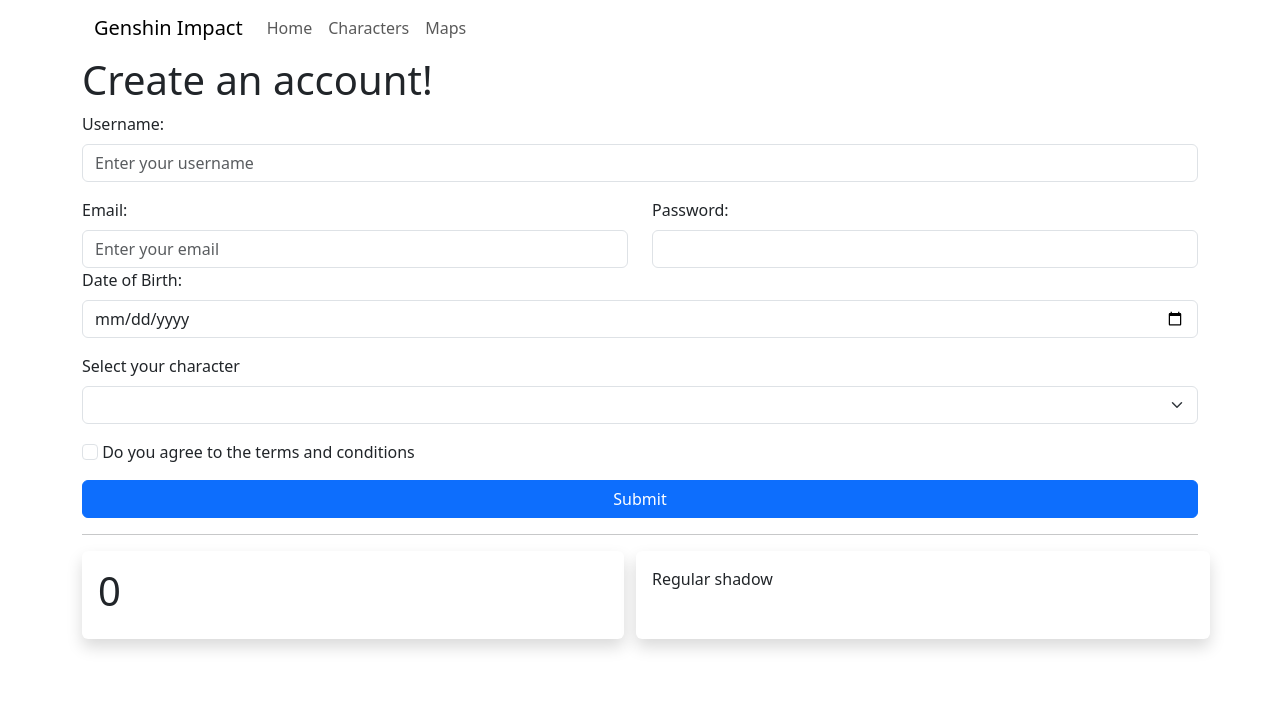
Repository: pendragons-code/BootStrap-Lesson
Page: static/html/genshin_account.html
An editor plug-in stored every save of this project. The page is shown before and after the next save, followed by the edit.
The browser window is 1280 px wide. The pictures show the whole page.
The page's requests for data from a server got no answer.

Above is the page before, as saved 2024-07-22 12:59:00.

### static/html/genshin_account.html
<!DOCTYPE html>
<html lang="en">

<head>
	<meta charset="UTF-8">
	<meta name="viewport" content="width=device-width, initial-scale=1.0">
	<link href="https://cdn.jsdelivr.net/npm/bootstrap@5.3.3/dist/css/bootstrap.min.css" rel="stylesheet"
		integrity="sha384-QWTKZyjpPEjISv5WaRU9OFeRpok6YctnYmDr5pNlyT2bRjXh0JMhjY6hW+ALEwIH" crossorigin="anonymous">
	<script src="https://cdn.jsdelivr.net/npm/bootstrap@5.3.3/dist/js/bootstrap.bundle.min.js"
		integrity="sha384-YvpcrYf0tY3lHB60NNkmXc5s9fDVZLESaAA55NDzOxhy9GkcIdslK1eN7N6jIeHz"
		crossorigin="anonymous"></script>
	<script src="/js/genshin_users.js" defer></script>
	<script src="/js/genshin_form.js" defer></script>
	<title>Document</title>
</head>

<body>
	<div class="container">
		<nav class="navbar navbar-expand-sm bg-body-primary">
			<div class="container-fluid">
				<a class="navbar-brand" href="#">Genshin Impact</a>
				<button class="navbar-toggler" type="button" data-bs-toggle="collapse" data-bs-target="#navbarNav"
					aria-controls="navbarNav" aria-expanded="false" aria-label class="form-label"="Toggle navigation">
					<span class="navbar-toggler-icon"></span>
				</button>
				<div class="collapse navbar-collapse" id="navbarNav">
					<ul class="navbar-nav">
						<li class="nav-item">
							<a class="nav-link" href="#">Home</a>
						</li>
						<li class="nav-item">
							<a class="nav-link" href="#">Characters</a>
						</li>
						<li class="nav-item">
							<a class="nav-link" href="#">Maps</a>
						</li>
					</ul>
				</div>
			</div>
		</nav>
	</div>

	<form action="#" method="POST" class="container needs-validation" novalidate>
		<h1 class="display1">Create an account!</h1>
		<div class="row">
			<div class="col mb-3">
				<label class="form-label" for="usernameField">Username: </label>
				<input required=true class="form-control" type="text" id="usernameField"
					placeholder="Enter your username" name="username">
				<div class="invalid-feedback">Please provide valid username</div>
			</div>
		</div>

		<div class="row">
			<div class="col mb-3-12 col mb-3-sm-6">
				<label class="form-label" for="emailField">Email:</label>
				<input required=true class="form-control" type="email" id="emailField" placeholder="Enter your email"
					name="email">
				<div class="invalid-feedback">Please provide valid email</div>
			</div>

			<div class="col mb-3-12 col mb-3-sm-6">
				<label class="form-label" for="passwordField">Password: </label>
				<input required=true class="form-control" type="password" id="passwordField" name="password">
				<div class="invalid-feedback">Please provide valid password</div>
			</div>
		</div>

		<div class="row">
			<div class="col mb-3">
				<label class="form-label" for="dateOfBirth">Date of Birth: </label>
				<input class="form-control" type="date" id="dateOfBirth">
			</div>
		</div>


		<div class="row">
			<div class="col mb-3">
				<label class="form-label" for="character">Select your character</label>
				<select id="character" class="form-select" required=true>
					<div class="invalid-feedback">Please select character</div>
					<option></option>
					<option>Zhongli</option>
					<option>Nahida</option>
					<option>Kokomi</option>
					<option>Raiden</option>
				</select>
			</div>
		</div>


		<div class="row">
			<div class="col mb-3">
				<input required=true class="form-check-input required=true" type="checkbox" name="terms"
					id="termsField">
				<div class="invalid-feedback">Please agree to the terms and conditions</div>
				<label class="form-check-label" for="termsField">Do you agree to the terms and conditions</label>
			</div>
		</div>
		<div class="d-grid">
			<button type="submit" class="btn btn-primary">Submit</button>
		</div>

	</form>
	<div class="container">
		<hr>
		<div class="row">
			<div class="col">
				<div class="shadow p-3 mb-5 bg-body rounded">
					<h1>0</h1>
					<div></div>
				</div>
			</div>
			<div class="col shadow p-3 mb-5 bg-body rounded">Regular shadow</div>
		</div>
	</div>
</body>

<script>
	(() => {
		'use strict'

		// Fetch all the forms we want to apply custom Bootstrap validation styles to
		var forms = document.querySelectorAll('.needs-validation')
		// Loop over them and prevent submission
		Array.prototype.slice.call(forms)
			.forEach(function (form) {
				form.addEventListener('submit', event => {
					if (!form.checkValidity()) {
						event.preventDefault()
						event.stopPropagation()
					}
					form.classList.add('was-validated')
				}, false)
			})
	})()</script>

</html>

### static/js/genshin_users.js
"use strict";

let users = [
	{
		username: "johndoe",
		character: "Nahida",
		dateJoined: "2024-01-01"
	},
	{
		username: "heehee",
		character: "Zhongli",
		dateJoined: "2024-01-01"
	},
	{
		username: "haaahaaa",
		character: "Kokomi",
		dateJoined: "2024-01-01"
	},
	{
		username: "hehehaha",
		character: "Nahida",
		dateJoined: "2024-01-01"
	},
	{
		username: "hahahehe",
		character: "Nahida",
		dateJoined: "2024-01-01"
	},
	{
		username: "weeeee",
		character: "Nahida",
		dateJoined: "2024-01-01"
	},
];

### static/js/genshin_form.js
"use strict";

console.log(users);

async function fetchSite() {
	let main = await fetch("https://www.sp.edu.sg/");
	console.log(main);
}

fetchSite()

After the next save:
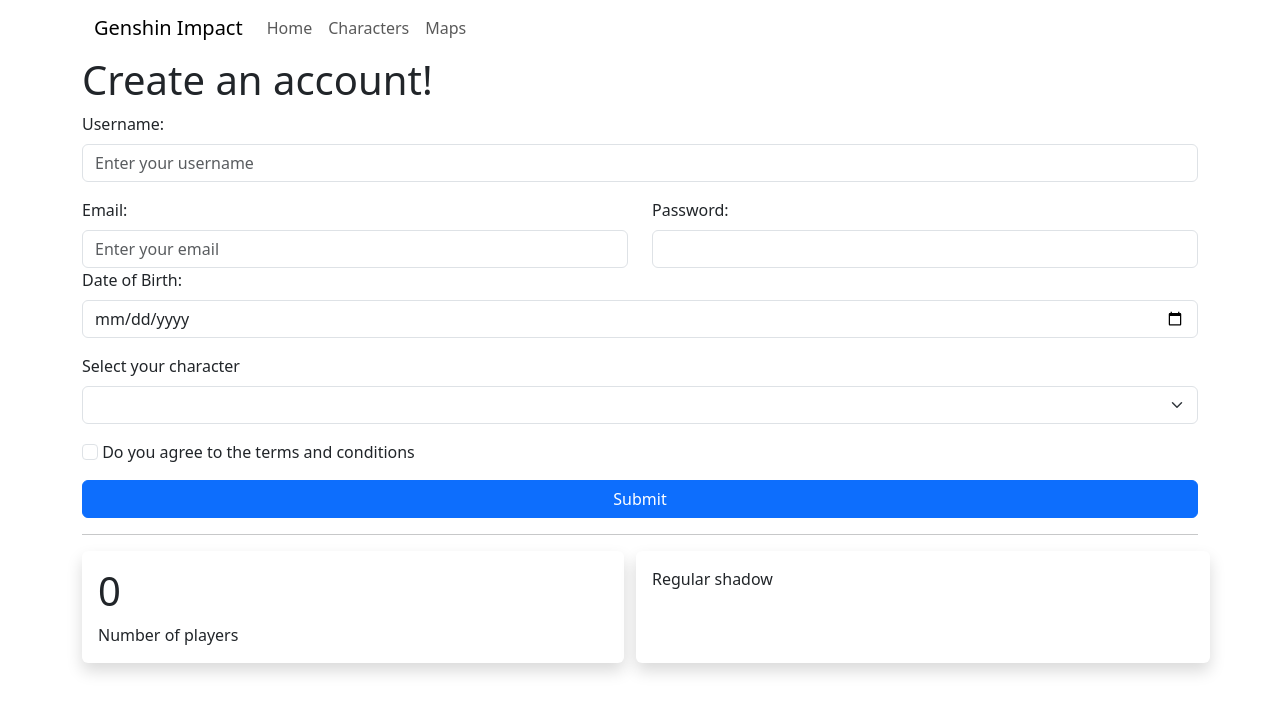
Saved 10 s later.
--- a/static/html/genshin_account.html
+++ b/static/html/genshin_account.html
@@ -108,7 +108,7 @@
 			<div class="col">
 				<div class="shadow p-3 mb-5 bg-body rounded">
 					<h1>0</h1>
-					<div></div>
+					<div>Number of players</div>
 				</div>
 			</div>
 			<div class="col shadow p-3 mb-5 bg-body rounded">Regular shadow</div>
